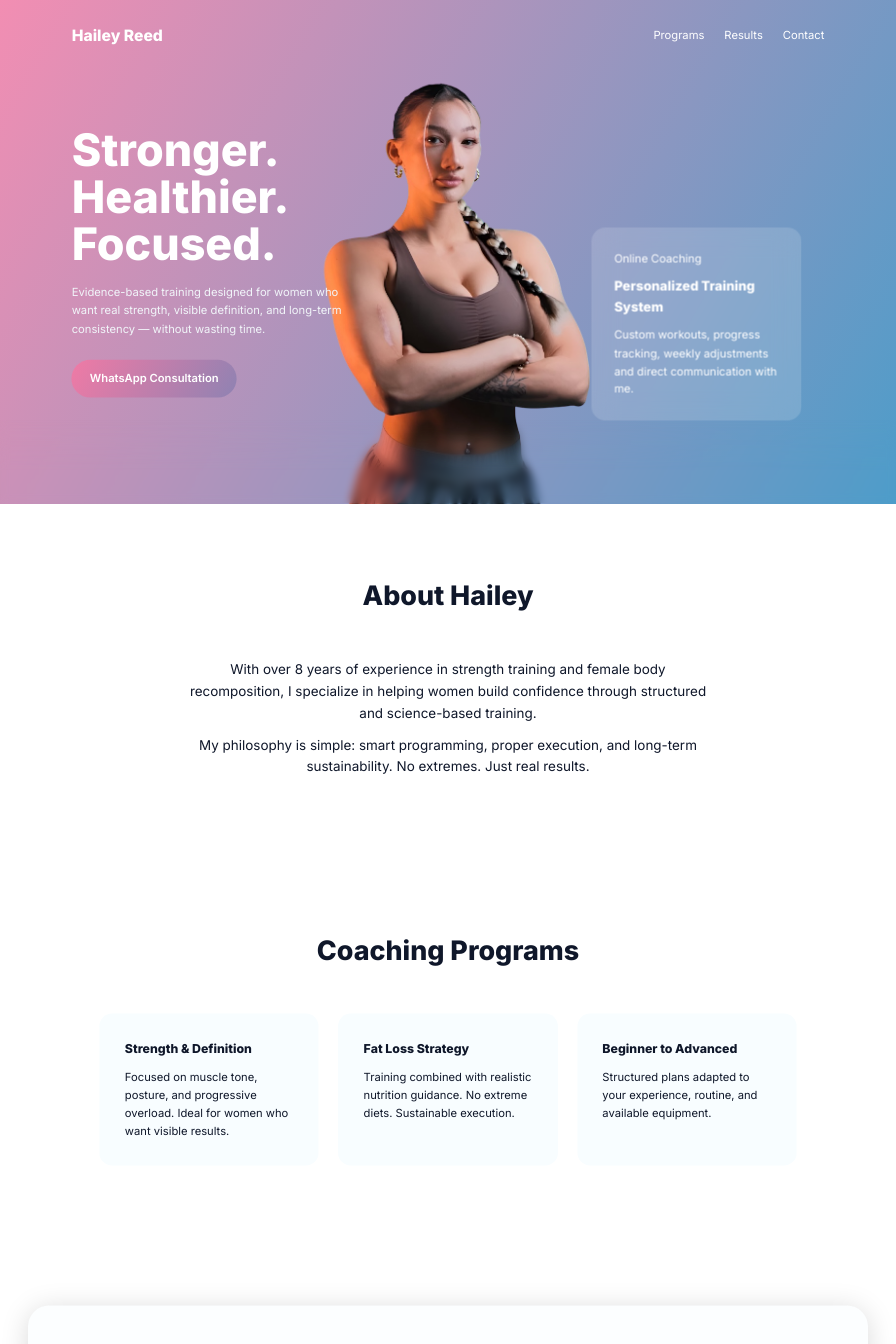
Repository: davidfsillva/Hailey-Reed-Coaching
Page: index.html
These files come from the project's save history. The page is drawn as it stood at one moment and after the next save; the edit follows.
The browser window is 1280 px wide. The pictures show the part of the page from y = 0 to 1920 px (the page is 5221 px tall), at 70% of full size.

Above is the page before, as saved 2026-02-12 09:36:42.

### index.html
<!DOCTYPE html>
<html lang="en">
<head>
  <meta charset="UTF-8" />
  <meta name="viewport" content="width=device-width, initial-scale=1.0" />
  <title>Personal Trainer | Online Coaching</title>
  <link rel="stylesheet" href="style.css" />
  <link rel="preconnect" href="https://fonts.googleapis.com">
  <link rel="preconnect" href="https://fonts.gstatic.com" crossorigin>
  <link href="https://fonts.googleapis.com/css2?family=Inter:wght@400;600;800&display=swap" rel="stylesheet">
</head>
<body>

<header class="hero">
  <nav class="nav">
    <h1 class="logo">Hailey Reed</h1>
    <div class="nav-links">
      <a href="#programs">Programs</a>
      <a href="#results">Results</a>
      <a href="#contact">Contact</a>
    </div>
  </nav>

  <img class="hero-img" src="img/Photoroom_20260211_45117 PM.png" alt="Trainer" />

  <div class="hero-gradient"></div>

  <div class="hero-content">
    <div class="hero-text">
<h2 class="hero-title">
  Stronger. Healthier. Focused.
</h2>

      <p>
        Evidence-based training designed for women who <br>
        want real strength, visible definition, and long-term <br>
        consistency — without wasting time.
      </p>
      <div class="cta-group">
        <a href="https://wa.me/5599999999999" target="_blank" class="btn primary whatsapp-btn">
          WhatsApp Consultation
        </a>
      </div>
    </div>

    <div class="hero-card">
      <span class="tag">Online Coaching</span>
      <h3>Personalized Training System</h3>
      <p>
        Custom workouts, progress tracking, weekly adjustments
        and direct communication with me.
      </p>
    </div>
  </div>
</header>

<!-- ABOUT SECTION -->
<section class="section">
  <h3>About Hailey</h3>
  <div class="testimonial">
    <p>
      With over 8 years of experience in strength training and female body
      recomposition, I specialize in helping women build confidence through
      structured and science-based training.
    </p>
    <p>
      My philosophy is simple: smart programming, proper execution,
      and long-term sustainability. No extremes. Just real results.
    </p>
  </div>
</section>

<section id="programs" class="section">
  <h3>Coaching Programs</h3>

  <div class="cards">
    <div class="card">
      <h4>Strength & Definition</h4>
      <p>
        Focused on muscle tone, posture, and progressive overload.
        Ideal for women who want visible results.
      </p>
    </div>

    <div class="card">
      <h4>Fat Loss Strategy</h4>
      <p>
        Training combined with realistic nutrition guidance.
        No extreme diets. Sustainable execution.
      </p>
    </div>

    <div class="card">
      <h4>Beginner to Advanced</h4>
      <p>
        Structured plans adapted to your experience, routine,
        and available equipment.
      </p>
    </div>
  </div>
</section>

<!-- HOW IT WORKS -->
<section class="section dark">
  <h3>How It Works</h3>

  <div class="cards">
    <div class="card">
      <h4>1. Initial Consultation</h4>
      <p>
        We discuss your goals, routine, training history,
        and current physical condition.
      </p>
    </div>

    <div class="card">
      <h4>2. Custom Plan Creation</h4>
      <p>
        A personalized workout structure is designed
        specifically for your body and objectives.
      </p>
    </div>

    <div class="card">
      <h4>3. Weekly Adjustments</h4>
      <p>
        Progress tracking and adjustments ensure continuous
        improvement and optimal results.
      </p>
    </div>
  </div>
</section>

<section id="results" class="section dark">
  <h3>Client Feedback</h3>

  <div class="testimonial">
    <p>
      “This coaching completely changed how I train.
      Every session has a clear purpose and I finally feel strong.”
    </p>
    <span>— Samantha M.</span>
  </div>
</section>

<!-- TRANSFORMATION PROCESS -->
<section class="section">
  <h3>The Transformation Process</h3>

  <div class="testimonial">
    <p>
      Sustainable transformation is not about intensity —
      it's about consistency.
    </p>
    <p>
      Through progressive overload, intelligent recovery,
      and realistic nutrition, we create measurable and lasting results.
    </p>
  </div>
</section>

<!-- FAQ -->
<section class="section">
  <h3>Frequently Asked Questions</h3>

  <div class="cards">
    <div class="card">
      <h4>Do I need gym access?</h4>
      <p>
        Not necessarily. Programs can be adapted for home training
        with minimal equipment.
      </p>
    </div>

    <div class="card">
      <h4>Is nutrition included?</h4>
      <p>
        Yes. You receive structured guidance focused on sustainable habits,
        not restrictive diets.
      </p>
    </div>

    <div class="card">
      <h4>How long until I see results?</h4>
      <p>
        Most clients notice strength improvements within weeks
        and visible body changes within 8–12 weeks.
      </p>
    </div>
  </div>
</section>

<section id="contact" class="section">
  <h3>Start Your Training</h3>
  <p class="contact-text">
    If you’re serious about improving your body composition
    and performance, let’s talk.
  </p>

  <div class="cta-group center">
    <a href="https://wa.me/5599999999999" target="_blank" class="btn primary">
      Message on WhatsApp
    </a>
    <a href="https://instagram.com/seuinstagram" target="_blank" class="btn secondary">
      Visit Instagram
    </a>
  </div>
</section>

<!-- FINAL CTA SECTION -->
<section class="section dark">
  <div class="testimonial">
    <h3>Ready to Transform?</h3>
    <p>
      Your strongest, healthiest version starts with a decision.
      Let’s build it together.
    </p>
    <div class="cta-group center">
      <a href="https://wa.me/5599999999999" target="_blank" class="btn primary">
        Apply for Coaching
      </a>
    </div>
  </div>
</section>

<footer class="footer">
  <p>© 2026 Hailey Reed Coaching. All rights reserved.</p>
</footer>

<script src="script.js"></script>
</body>
</html>

### style.css
:root {
  --pink: #f07aa5;
  --blue: #2e8bc0;
  --dark: #0f172a;
  --light: #ffffff;
  --muted: #cbd5e1;
}

/* ================= RESET ================= */
* {
  margin: 0;
  padding: 0;
  box-sizing: border-box;
  font-family: 'Inter', sans-serif;
}

body {
  background: var(--light);
  color: var(--dark);
  line-height: 1.6;
}

/* ================= HERO ================= */
.hero {
  position: relative;
  min-height: 100vh;
  padding: 32px 8%;
  color: white;
  overflow: hidden;
}

/* IMAGEM */
.hero-img {
  position: absolute;
  top: 50%;
  left: 50%;
  transform: translate(-50%, -50%);
  width: 60%;
  max-width: 500px;
  height: auto;
  z-index: 2;
}

/* GRADIENTE */
.hero-gradient {
  position: absolute;
  inset: 0;
  background: linear-gradient(
    120deg,
    rgba(240,122,165,0.85),
    rgba(46,139,192,0.85)
  );
  z-index: 1;
}

/* CONTEÚDO */
.hero-content {
  position: relative;
  z-index: 5;
}

/* TEXTO */
.hero-text {
  display: flex;
  flex-direction: column;
  justify-content: center;
  height: 85vh;
  max-width: 550px;
}

.hero-title {
  font-size: clamp(2.8rem, 5vw, 4.5rem);
  line-height: 1.05;
  margin-bottom: 24px;
}

.hero-text p {
  max-width: 480px;
  font-size: 1rem;
  color: #f1f5f9;
}

/* BLUR INFERIOR */
.hero::after {
  content: "";
  position: absolute;
  bottom: 0;
  left: 0;
  width: 100%;
  height: 120px;
  backdrop-filter: blur(6px);
  -webkit-backdrop-filter: blur(6px);
  mask-image: linear-gradient(to top, black 40%, transparent 100%);
  pointer-events: none;
  z-index: 3;
}

/* ================= BOTÕES ================= */
.cta-group {
  display: flex;
  gap: 16px;
  margin-top: 32px;
  flex-wrap: wrap;
}

.btn {
  padding: 14px 26px;
  border-radius: 999px;
  font-weight: 600;
  text-decoration: none;
  transition: 0.3s ease;
  display: inline-block;
}

.btn primary whatsapp-btn {

}

.btn.primary {
  background: linear-gradient(120deg, var(--pink), var(--blue));
  color: var(--light);
  background-size: 200% 200%;
  transition: all 0.4s ease;
}

.btn.primary:hover {
  background: linear-gradient(120deg, var(--pink), var(--blue));
  color: white;

  background-position: right center;
  transform: translateY(-4px);
  box-shadow: 0 10px 25px rgba(240,122,165,0.3);
  transition: all 0.4s ease;

}

.btn.secondary {
  background: linear-gradient(120deg, var(--pink), var(--blue));
  color: var(--light);
  transition: all 0.3s ease;
}

.btn.secondary:hover {
  background: linear-gradient(120deg, var(--pink), var(--blue));  color: white;
  transform: translateY(-3px);
  transition: all 0.4s ease;
  box-shadow: 0 10px 25px rgba(240,122,165,0.3);


}


/* ================= HERO CARD ================= */
.hero-card {
  position: absolute;
  top: 42%;
  right: 8%;
  width: 300px;
  background: rgba(255,255,255,0.15);
  backdrop-filter: blur(18px);
  padding: 32px;
  border-radius: 20px;
  z-index: 4;
}

.hero-card {
  position: absolute;
  top: 42%;
  right: 3%;
  width: 300px;
}



.hero-card h3 {
  margin: 12px 0;
}

/* ================= NAVBAR ================= */
.nav {
  position: relative;
  z-index: 10;
  display: flex;
  justify-content: space-between;
  align-items: center;
}

.logo {
  font-weight: 800;
  font-size: 1.4rem;
}

.nav-links a {
  position: relative;
  color: white;
  margin-left: 24px;
  text-decoration: none;
  font-weight: 500;
  padding-bottom: 4px;
}

.nav-links a::after {
  content: "";
  position: absolute;
  left: 0;
  bottom: 0;
  width: 0%;
  height: 2px;
  background: white;
  transition: width 0.3s ease;
}

.nav-links a:hover::after {
  width: 100%;
}

/* ================= SECTIONS ================= */
.section {
  padding: 100px 8%;
  max-width: 1200px;
  margin: auto;
}

.section h3 {
  font-size: 2.4rem;
  margin-bottom: 60px;
  text-align: center;
}

.cards {
  display: grid;
  grid-template-columns: repeat(auto-fit, minmax(260px, 1fr));
  gap: 28px;
}

.card {
  background: rgb(248, 253, 255);
  padding: 36px;
  border-radius: 18px;
  transition: 0.3s ease;
}

.card:hover {
  transform: translateY(-6px);
}

.card h4 {
  margin-bottom: 14px;
  font-size: 1.1rem;
}

/* ================= DARK SECTIONS ================= */
.dark {
  background: rgb(252, 254, 255);
  border-radius: 30px;
  color: var(--dark);
  margin: 100px auto;
  padding: 100px 8%;
  box-shadow: 0 5px 40px rgba(0,0,0,0.15);
}


.dark .card {
  background: rgba(255,255,255,0.06);
  color: var(--dark);
  box-shadow: 0 20px 60px rgba(0,0,0,0.15);
}

.dark .card:hover {
  background: rgba(255,255,255,0.1);
}

/* ================= TESTIMONIAL ================= */
.testimonial {
  max-width: 750px;
  margin: auto;
  text-align: center;
}

.testimonial p {
  font-size: 1.2rem;
  margin-bottom: 16px;
}

.contact-text {
  text-align: center;
  max-width: 520px;
  margin: 0 auto 32px;
}

.center {
  justify-content: center;
}

/* ================= FOOTER ================= */
.footer {
  padding: 32px;
  text-align: center;
  background: linear-gradient(120deg, var(--pink), var(--blue));
  color: var(--muted);
  font-size: 0.85rem;
}

/* ================= RESPONSIVE ================= */
@media (max-width: 1024px) {

  .hero-card {
    position: relative;
    top: unset;
    right: unset;
    margin-top: 40px;
    width: 100%;
    max-width: 400px;
  }

  .hero-text {
    height: auto;
    text-align: center;
    margin-top: 80px;
  }

  .hero-text p {
    margin: auto;
  }

  .hero-img {
    width: 75%;
  }
}

@media (max-width: 768px) {

  .nav {
    flex-direction: column;
    align-items: center;
  }

  .nav-links {
    display: flex;
    gap: 30px;          /* controla o espaçamento */
    margin-top: 10px;   /* afasta do logo */
  }

  .nav-links a {
    margin-left: 0;     /* remove espaçamento antigo */
  }

    .hero-card {
    width: 95%;          /* ocupa menos largura fixa */
    max-width: 660px;    /* limita tamanho */
    margin: 375px auto 0; /* mais baixo */

    padding: 15px;       /* reduz espaço interno */
    border-radius: 16px;
  }

  .hero-card h3 {
    font-size: 1rem;
  }

  .hero-card p {
    font-size: 0.85rem;
    line-height: 1.4;
  }

  .hero-img {
    width: 90%;
    top: 60%;              /* desce um pouco a imagem */
  }

  .hero-title {
    font-size: 1.9rem;
    margin-bottom: 20px;
  }

  .hero-text {
    height: auto;          /* remove os 85vh */
    justify-content: flex-start;
    margin-top: 40px;      /* controla distância do nav */
    text-align: center;
  }

  .hero-text p {
    display: none;
  }

  .section {
    padding: 80px 6%;
  }

  .cta-group {
  position: relative;
  transform: translateY(350px);
  z-index: 6;
  display: flex;
  justify-content: center;
  }

  .btn.primary {
    transform: translateY(120px);
  }

}



@media (max-width: 480px) {

  .hero {
    padding: 24px 6%;
  }

  .btn {
    width: 100%;
    text-align: center;
  }

  .cta-group {
    flex-direction: column;
  }
}

### script.js
// ===============================
// SMOOTH SCROLL
// ===============================
document.querySelectorAll('a[href^="#"]').forEach(anchor => {
  anchor.addEventListener('click', function (e) {
    const target = document.querySelector(this.getAttribute('href'));
    if (!target) return;

    e.preventDefault();
    target.scrollIntoView({ behavior: 'smooth' });
  });
});


// ===============================
// NAVBAR SCROLL EFFECT
// ===============================
const nav = document.querySelector(".nav");

window.addEventListener("scroll", () => {
  if (!nav) return;

  if (window.scrollY > 50) {
    nav.style.background = "rgba(15, 23, 42, 0.85)";
    nav.style.backdropFilter = "blur(10px)";
    nav.style.padding = "16px 8%";
    nav.style.transition = "all 0.3s ease";
  } else {
    nav.style.background = "transparent";
    nav.style.backdropFilter = "none";
    nav.style.padding = "";
  }
});


// ===============================
// SCROLL REVEAL (melhor performance)
// ===============================
const revealElements = document.querySelectorAll(".section, .card, .testimonial");

const revealOnScroll = () => {
  const triggerBottom = window.innerHeight * 0.85;

  revealElements.forEach(el => {
    const elementTop = el.getBoundingClientRect().top;

    if (elementTop < triggerBottom) {
      el.style.opacity = "1";
      el.style.transform = "translateY(0)";
    }
  });
};

// Estado inicial
revealElements.forEach(el => {
  el.style.opacity = "0";
  el.style.transform = "translateY(40px)";
  el.style.transition = "opacity 0.8s ease, transform 0.8s ease";
});

window.addEventListener("scroll", revealOnScroll);
window.addEventListener("load", revealOnScroll);



// ===============================
// HERO IMAGE PARALLAX (DESKTOP ONLY)
// ===============================
const heroImg = document.querySelector(".hero-img");

if (heroImg && window.innerWidth > 768) {
  window.addEventListener("scroll", () => {
    const scrollPosition = window.scrollY;
    heroImg.style.transform =
      `translate(-50%, calc(-50% + ${scrollPosition * 0.12}px))`;
  });
}



// ===============================
// BUTTON FADE-IN ON LOAD
// ===============================
window.addEventListener("load", () => {
  const buttons = document.querySelectorAll(".btn");

  buttons.forEach((btn, index) => {
    btn.style.opacity = "0";
    btn.style.transform = "translateY(20px)";
    btn.style.transition = "opacity 0.6s ease, transform 0.6s ease";

    setTimeout(() => {
      btn.style.opacity = "1";
      btn.style.transform = "translateY(0)";
    }, 300 + index * 150);
  });
});



// ===============================
// CARD HOVER GLOW EFFECT (desktop only)
// ===============================
if (window.innerWidth > 768) {

  const cards = document.querySelectorAll(".card");

  cards.forEach(card => {

    card.addEventListener("mousemove", (e) => {
      const rect = card.getBoundingClientRect();
      const x = e.clientX - rect.left;
      const y = e.clientY - rect.top;

      card.style.background = `
        radial-gradient(circle at ${x}px ${y}px,
        rgba(240,122,165,0.18),
        rgba(255,255,255,0.03))
      `;
    });

    card.addEventListener("mouseleave", () => {
      card.style.background = "";
    });

  });

}

After the next save:
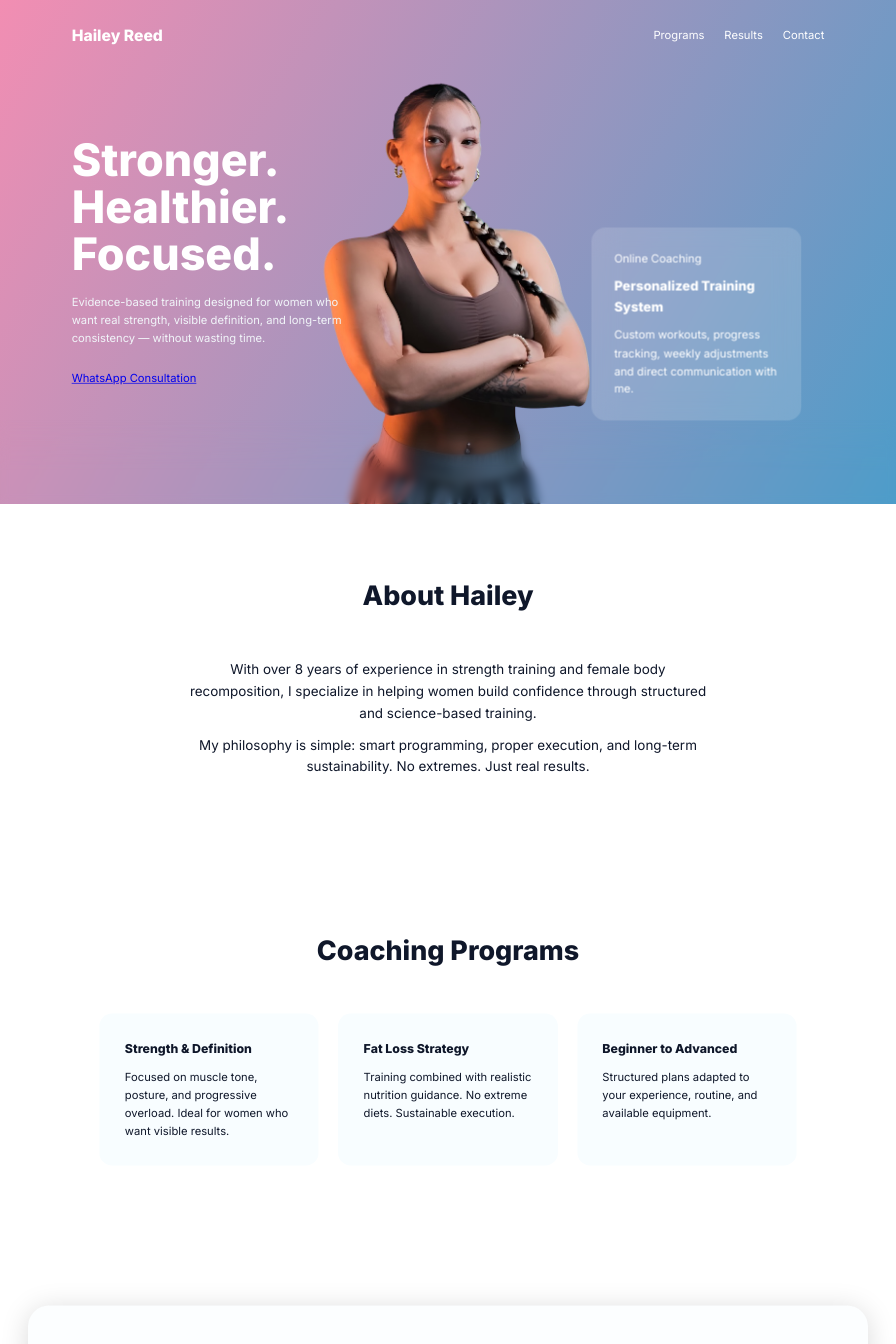
Saved 13 s later.
--- a/index.html
+++ b/index.html
@@ -37,7 +37,7 @@
         consistency — without wasting time.
       </p>
       <div class="cta-group">
-        <a href="https://wa.me/5599999999999" target="_blank" class="btn primary whatsapp-btn">
+        <a href="https://wa.me/5599999999999" target="_blank" class="whatsapp-btn">
           WhatsApp Consultation
         </a>
       </div>
